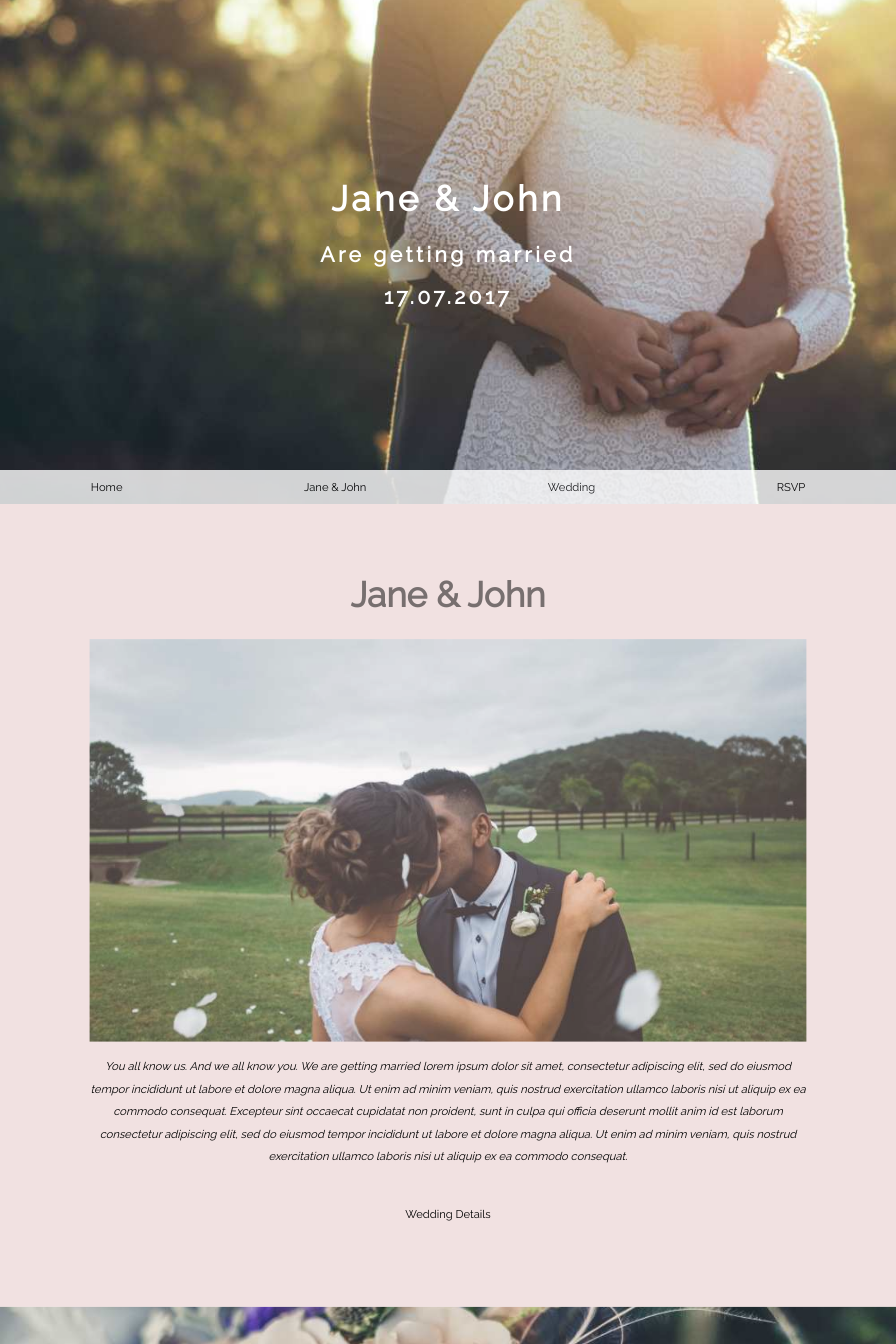
Repository: hesshess/clonecoding-assignment
Page: 4-wedding-invitation/template4.html
These files come from the project's save history. The page is drawn as it stood at one moment and after the next save; the edit follows.
The browser window is 1280 px wide. The pictures show the part of the page from y = 0 to 1920 px (the page is 4056 px tall), at 70% of full size.

Above is the page before, as saved 2022-03-17 18:31:13.

### 4-wedding-invitation/template4.html
<!DOCTYPE html>
<html>
<head>
<title>W3.CSS Template</title>
<meta charset="UTF-8">
<meta name="viewport" content="width=device-width, initial-scale=1">
<link rel="stylesheet" href="./template4.css">
<link rel="stylesheet" href="https://fonts.googleapis.com/css?family=Raleway">
<style>
</style>
</head>
<body>

<!-- Header / Home-->
<header class="bgimg full" style="background-image: url('./img/wedding_couple.jpg');" id="home">
    <h1 >Jane & John</h1>
    <h2>Are getting married</h2>
    <h2><b>17.07.2017</b></h2>
</header>

<!-- Navbar (sticky bottom) -->

  <nav>
    <a href="#home">Home</a>
    <a href="#us" >Jane & John</a>
    <a href="#wedding">Wedding</a>
    <a href="#rsvp">RSVP</a>
  </nav>


<!-- About / Jane And John -->
<div  id="us">
  <div class="center">
    <h1 >Jane & John</h1>
    <img  src="./img/wedding_couple2.jpg">
    <p><i>You all know us. And we all know you. We are getting married lorem ipsum dolor sit amet, consectetur adipiscing elit, sed do eiusmod tempor incididunt ut labore et dolore magna aliqua. Ut enim ad minim veniam, quis nostrud exercitation ullamco laboris nisi ut aliquip ex ea commodo consequat. Excepteur sint
      occaecat cupidatat non proident, sunt in culpa qui officia deserunt mollit anim id est laborum consectetur adipiscing elit, sed do eiusmod tempor incididunt ut labore et dolore magna aliqua. Ut enim ad minim veniam, quis nostrud exercitation ullamco
      laboris nisi ut aliquip ex ea commodo consequat.</i>
    </p><br>
    <p ><a href="#wedding" >Wedding Details</a></p>
  </div>
</div>

<!-- Background photo -->
<div class="bgimg2 full" style ="background-image: url('./img/flowers.jpg');">
  <div >
    <h1 >You Are Invited</h1><br>
    <h2>Of course..</h2>
  </div>
</div>

<!-- Wedding information -->
<div  id="wedding">
  <div>
    <h1 ><b>THE WEDDING</b></h1>
    <img  src="./img/wedding_location.jpg" s>
    <div>
      <div >
        <h2>When</h2>
        <p>Wedding Ceremony - 2:00pm</p>
        <p>Reception & Dinner - 5:00pm</p>
      </div>
      <div >
        <h2>Where</h2>
        <p>Some place, an address</p>
        <p>Some where, some address</p>
      </div>
    </div>
  </div>
</div>

<!-- RSVP section -->
<div  id="rsvp">
  <h1>HOPE YOU CAN MAKE IT!</h1>
  <p >Kindly Respond By January, 2017</p>
  <p >
    <div>RSVP</div>
  </p>
</div>

<!-- Footer -->
<footer >
  <p>Powered by w3.css</p>
</footer>

</body>
</html>

### 4-wedding-invitation/template4.css
@charset "UTF-8";
body,
h1,
h2 {
  font-family: 'Raleway', sans-serif;
  margin-top: 0;
}
body,
html {
  box-sizing: border-box;
  margin: 0;
  height: 100%;
}
h1 {
  font-size: 50px;
}
h2 {
  font-size: 30px;
}
h3 {
  font-size: 25px;
  font-weight: 100;
}
h4 {
  font-size: 20px;
}
h5 {
  font-size: 15px;
}
h6 {
  font-size: 10px;
}
p {
  line-height: 2;
}
a {
  padding: 10px 70px;
  text-decoration: none;
  color: black;
}
a:hover {
  background-color: lightgray;
  border-radius: 1px;
}
.bgimg,
.bgimg2 {
  min-height: 100%;
  background-position: center;
  background-size: cover;
}
.full {
  height: 100%;
  width: 100%;
  display: flex;
  flex-direction: column;
  justify-content: center;
  align-items: center;
  color: white;
  letter-spacing: 5px;
}
nav {
  box-sizing: border-box;
  width: 100vw;
  display: flex;
  padding: 5px 0;
  justify-content: space-around;
  position: fixed;
  bottom: 0;
  background-color: white;
  z-index: 2;
  opacity: 0.8;
}
#us {
  background-color: #f1e1e1;
  display: flex;
  flex-direction: column;
  justify-content: center;
  align-items: center;
  text-align: center;
}
img {
  width: 100%;
}

.center {
  width: 80%;
  padding: 100px;
}
.center > h1 {
  opacity: 0.5;
}
.center > img {
  opacity: 0.8;
}

After the next save:
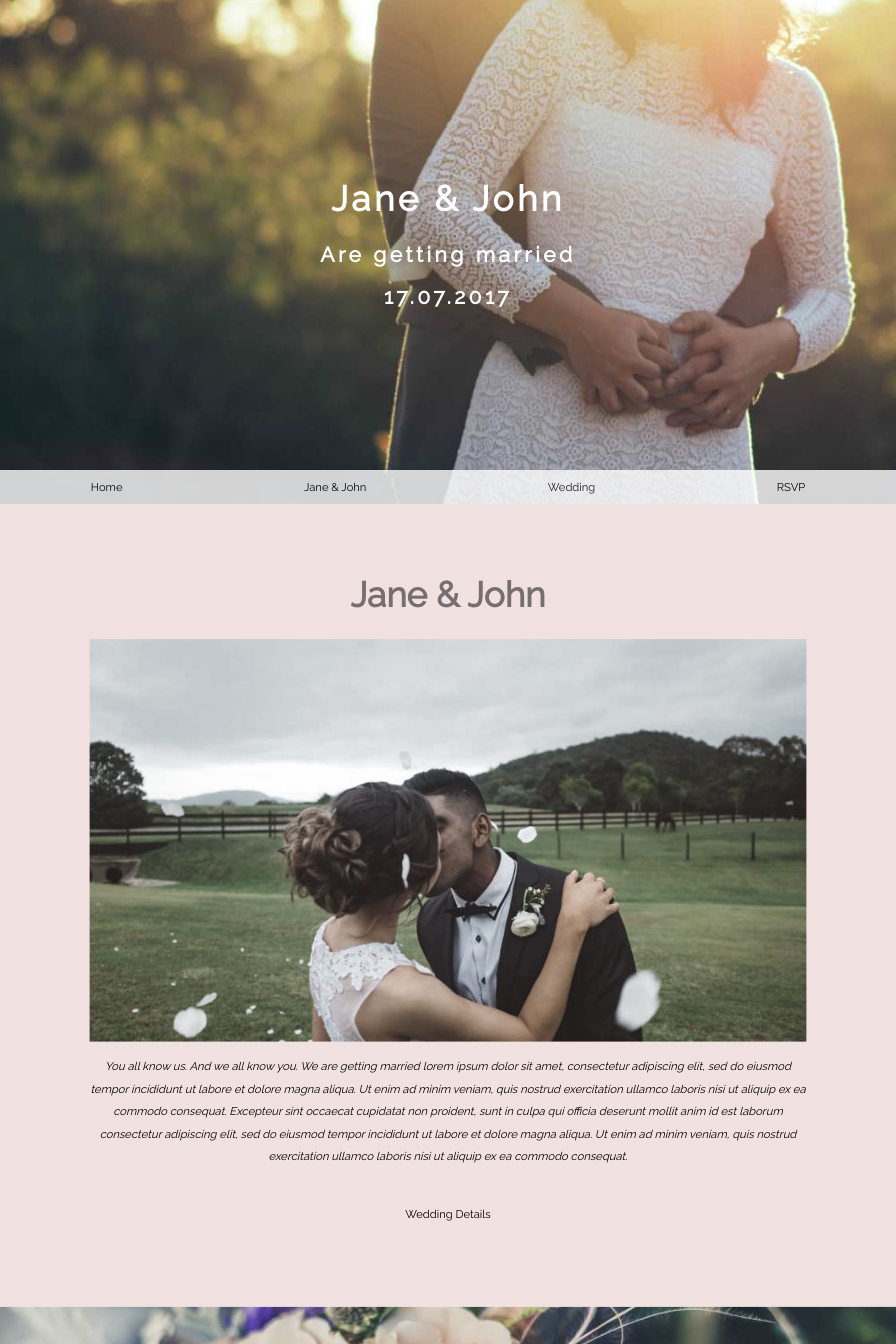
Saved 41 s later.
--- a/4-wedding-invitation/template4.css
+++ b/4-wedding-invitation/template4.css
@@ -90,5 +90,5 @@ img {
   opacity: 0.5;
 }
 .center > img {
-  opacity: 0.8;
+  filter: grayscale(50%);
 }
